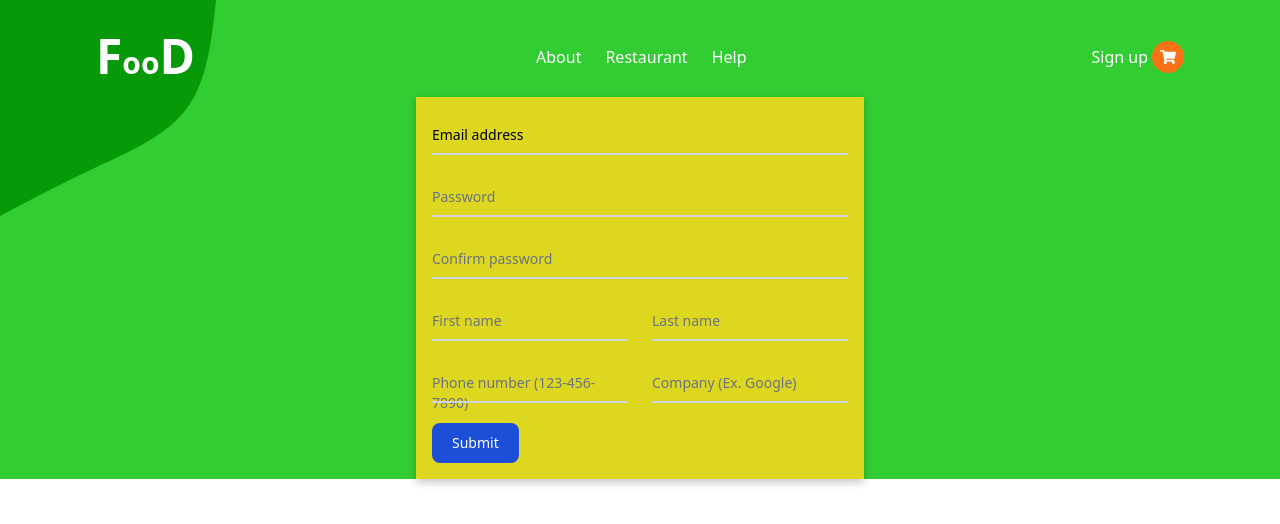
Repository: KhushiCode14/FoodWeb
Page: /signUp (app in frontend/)
The author's editor kept a copy of each file at every save. The page is drawn from the files as they stood at one save, then again after the next save.
The browser window is 1280 px wide. The pictures show the whole page.
The project was rebuilt for these pictures with package versions that can differ from the ones it lists, and the page was loaded fresh each time. Also part of the build but not shown: frontend/src/Pages/Home.tsx, frontend/src/components/Home/SignIn.tsx, frontend/src/components/Home/Cart.tsx.

Above is the page before, as saved 2024-09-20 20:06:40.

### frontend/src/index.css
@tailwind base;
@tailwind components;
@tailwind utilities;

.bgBack{
  background-image: url(../src/components/images/background.svg);
}
.bgSignUp{
  background-image:url(../src/components/images/signUpBg.jpeg);
}
.SignUpShadow{
  box-shadow: rgba(0, 0, 0, 0.24) 0px 3px 8px;
}

### frontend/src/App.tsx
import { Route, BrowserRouter as Router, Routes, } from 'react-router-dom';
import './App.css';
import Navbar from './Pages/Navbar';
import Home from './Pages/Home';
import SignUp from './components/Home/SignUp';
import SignIn from './components/Home/SignIn';
import Cart from './components/Home/Cart';

function App() {
  return (
    <div className="App bgBack m-0 px-20 pt-2 max-sm:px-3 max-sm:pt-1">
      <Router>
        <Navbar />
        <Routes>
          <Route path="/" element={<Home />} />
          <Route path="/signUp" element={<SignUp />} />
          {/* Sign Up: This action is for new users who want to create an account. */}
          <Route path="/signIn" element={<SignIn />} />
          {/* Sign In: This action is for users who already have an account */}
          <Route path="/cart" element={<Cart />} />
          {/* <Route  path="/about" element={About} />
        <Route  path="/contact" element={Contact} /> */}
        </Routes>
      </Router>

    </div>
  );
}

export default App;

### frontend/src/Pages/Navbar.tsx
import { NavLink, Link } from "react-router-dom";
import { FaShoppingCart, FaCartPlus } from "react-icons/fa";
import { useState } from "react";
import { IoReorderThreeOutline } from "react-icons/io5";

interface Nav {
  to: string;
  linkName: string;
}

const Navbar: React.FC = () => {
  const [sign, setSign] = useState<string>('Sign up');
  const [menu, setMenu] = useState<boolean>(false);
  const [cart, setCart] = useState<JSX.Element>(<FaShoppingCart />);

  const navLinks: Nav[] = [
    { to: "/about", linkName: "About" },
    { to: "/", linkName: "Restaurant" },
    { to: "/help", linkName: "Help" },
  ];

  const handleSignToggle = () => {
    setSign((prev) => (prev === 'Sign up' ? 'Sign in' : 'Sign up'));
  };

  const handleCartToggle = () => {
    setCart((prevCart) =>
      prevCart.type === FaShoppingCart ? <FaCartPlus /> : <FaShoppingCart />
    );
  };

  return (
    <div className="mt-2 flex justify-between items-center text-white  p-4">
      <div className="font-bold text-3xl">
        <Link to="/">
          <span className="text-5xl">F</span>oo<span className="text-5xl">D</span>
        </Link>
      </div>

      {/* Desktop Menu */}
      <div className="hidden md:flex">
        {navLinks.map((link, index) => (
          <Link key={index} to={link.to} className="mx-3 hover:text-gray-400">
            {link.linkName}
          </Link>
        ))}
      </div>

      {/* Mobile Menu Button */}
      <div className="flex items-center relative">
        <button className="hidden md:block">
          <NavLink to="/signUp" onClick={handleSignToggle} className="m-1">
            {sign}
          </NavLink>
        </button>

        <div onClick={handleCartToggle} className="bg-orange-500 p-2 rounded-full cursor-pointer">
         <Link to="/cart"> {cart}</Link>
        </div>

        <div className="md:hidden flex items-center ml-3">
          <IoReorderThreeOutline onClick={() => setMenu(!menu)} className="text-2xl cursor-pointer" />
        </div>
      </div>

      {/* Mobile Dropdown Menu */}
      {menu && (
        <div className="md:hidden mt-2 absolute right-0 w-40 bg-orange-500  p-2 rounded-lg z-10 top-20">
          <ul className="flex flex-col">
            {navLinks.map((link, index) => (
              <li key={index} className="my-1">
                <Link to={link.to} className="block px-4 py-2 text-white text-1xl  hover:bg-orange-800 rounded">
                  {link.linkName}
                </Link>
              </li>
            ))}
          </ul>
        </div>
      )}
    </div>
  );
};

export default Navbar;

### frontend/src/components/Home/SignUp.tsx
import React, { useState } from 'react';

const FormComponent: React.FC = () => {
  const [formData, setFormData] = useState({
    email: '',
    password: '',
    repeatPassword: '',
    firstName: '',
    lastName: '',
    phone: '',
    company: ''
  });

  const handleChange = (e: React.ChangeEvent<HTMLInputElement>) => {
    setFormData({ ...formData, [e.target.name]: e.target.value });
  };

  const handleSubmit = (e: React.FormEvent) => {
    e.preventDefault();
    console.log(formData);
    // Add form submission logic here
  };

  return (
    <form className="max-w-md mx-auto bg-[#ded720] p-4 SignUpShadow" onSubmit={handleSubmit} >
      <div className="relative z-0 w-full mb-5 group ">
        <input
          type="email"
          name="email"
          id="floating_email"
          className="block py-2.5 px-0 w-full text-sm text-black bg-transparent border-0 border-b-2 border-gray-300 appearance-none dark:text-white dark:border-gray-600 dark:focus:border-blue-500 focus:outline-none focus:ring-0 focus:border-blue-600 peer"
          placeholder=" "
          value={formData.email}
          onChange={handleChange}
          required
        />
        <label
          htmlFor="floating_email"
          className="peer-focus:font-medium absolute text-sm text-black  dark:text-gray-900 duration-300 transform -translate-y-6 scale-75 top-3 -z-10 origin-[0] peer-focus:start-0 rtl:peer-focus:translate-x-1/4 peer-focus:text-blue-600 peer-focus:dark:text-blue-500 peer-placeholder-shown:scale-100 peer-placeholder-shown:translate-y-0 peer-focus:scale-75 peer-focus:-translate-y-6"
        >
          Email address
        </label>
      </div>

      <div className="relative z-0 w-full mb-5 group">
        <input
          type="password"
          name="password"
          id="floating_password"
          className="block py-2.5 px-0 w-full text-sm text-gray-900 bg-transparent border-0 border-b-2 border-gray-300 appearance-none dark:text-gray-900  dark:border-gray-600 dark:focus:border-blue-500 focus:outline-none focus:ring-0 focus:border-blue-600 peer"
          placeholder=" "
          value={formData.password}
          onChange={handleChange}
          required
        />
        <label
          htmlFor="floating_password"
          className="peer-focus:font-medium absolute text-sm text-gray-500 dark:text-gray-900 duration-300 transform -translate-y-6 scale-75 top-3 -z-10 origin-[0] peer-focus:start-0 rtl:peer-focus:translate-x-1/4 peer-focus:text-blue-600 peer-focus:dark:text-blue-500 peer-placeholder-shown:scale-100 peer-placeholder-shown:translate-y-0 peer-focus:scale-75 peer-focus:-translate-y-6"
        >
          Password
        </label>
      </div>

      <div className="relative z-0 w-full mb-5 group">
        <input
          type="password"
          name="repeatPassword"
          id="floating_repeat_password"
          className="block py-2.5 px-0 w-full text-sm text-gray-900 bg-transparent border-0 border-b-2 border-gray-300 appearance-none dark:text-gray-900  dark:border-gray-600 dark:focus:border-blue-500 focus:outline-none focus:ring-0 focus:border-blue-600 peer"
          placeholder=" "
          value={formData.repeatPassword}
          onChange={handleChange}
          required
        />
        <label
          htmlFor="floating_repeat_password"
          className="peer-focus:font-medium absolute text-sm text-gray-500 dark:text-gray-900  duration-300 transform -translate-y-6 scale-75 top-3 -z-10 origin-[0] peer-focus:start-0 rtl:peer-focus:translate-x-1/4 peer-focus:text-blue-600 peer-focus:dark:text-blue-500 peer-placeholder-shown:scale-100 peer-placeholder-shown:translate-y-0 peer-focus:scale-75 peer-focus:-translate-y-6"
        >
          Confirm password
        </label>
      </div>

      <div className="grid md:grid-cols-2 md:gap-6">
        <div className="relative z-0 w-full mb-5 group">
          <input
            type="text"
            name="firstName"
            id="floating_first_name"
            className="block py-2.5 px-0 w-full text-sm text-gray-900 bg-transparent border-0 border-b-2 border-gray-300 appearance-none dark:text-gray-900  dark:border-gray-600 dark:focus:border-blue-500 focus:outline-none focus:ring-0 focus:border-blue-600 peer"
            placeholder=" "
            value={formData.firstName}
            onChange={handleChange}
            required
          />
          <label
            htmlFor="floating_first_name"
            className="peer-focus:font-medium absolute text-sm text-gray-500 dark:text-gray-900 duration-300 transform -translate-y-6 scale-75 top-3 -z-10 origin-[0] peer-focus:start-0 rtl:peer-focus:translate-x-1/4 peer-focus:text-blue-600 peer-focus:dark:text-blue-500 peer-placeholder-shown:scale-100 peer-placeholder-shown:translate-y-0 peer-focus:scale-75 peer-focus:-translate-y-6"
          >
            First name
          </label>
        </div>

        <div className="relative z-0 w-full mb-5 group">
          <input
            type="text"
            name="lastName"
            id="floating_last_name"
            className="block py-2.5 px-0 w-full text-sm text-gray-900 bg-transparent border-0 border-b-2 border-gray-300 appearance-none dark:text-gray-900  dark:border-gray-600 dark:focus:border-blue-500 focus:outline-none focus:ring-0 focus:border-blue-600 peer"
            placeholder=" "
            value={formData.lastName}
            onChange={handleChange}
            required
          />
          <label
            htmlFor="floating_last_name"
            className="peer-focus:font-medium absolute text-sm text-gray-500 dark:text-gray-900 duration-300 transform -translate-y-6 scale-75 top-3 -z-10 origin-[0] peer-focus:start-0 rtl:peer-focus:translate-x-1/4 peer-focus:text-blue-600 peer-focus:dark:text-blue-500 peer-placeholder-shown:scale-100 peer-placeholder-shown:translate-y-0 peer-focus:scale-75 peer-focus:-translate-y-6"
          >
            Last name
          </label>
        </div>
      </div>

      <div className="grid md:grid-cols-2 md:gap-6">
        <div className="relative z-0 w-full mb-5 group">
          <input
            type="tel"
            pattern="[0-9]{3}-[0-9]{3}-[0-9]{4}"
            name="phone"
            id="floating_phone"
            className="block py-2.5 px-0 w-full text-sm text-gray-900 bg-transparent border-0 border-b-2 border-gray-300 appearance-none dark:text-white dark:border-gray-600 dark:focus:border-blue-500 focus:outline-none focus:ring-0 focus:border-blue-600 peer"
            placeholder=" "
            value={formData.phone}
            onChange={handleChange}
            required
          />
          <label
            htmlFor="floating_phone"
            className="peer-focus:font-medium absolute text-sm text-gray-500 dark:text-gray-900  duration-300 transform -translate-y-6 scale-75 top-3 -z-10 origin-[0] peer-focus:start-0 rtl:peer-focus:translate-x-1/4 peer-focus:text-blue-600 peer-focus:dark:text-blue-500 peer-placeholder-shown:scale-100 peer-placeholder-shown:translate-y-0 peer-focus:scale-75 peer-focus:-translate-y-6"
          >
            Phone number (123-456-7890)
          </label>
        </div>

        <div className="relative z-0 w-full mb-5 group">
          <input
            type="text"
            name="company"
            id="floating_company"
            className="block py-2.5 px-0 w-full text-sm text-gray-900 bg-transparent border-0 border-b-2 border-gray-300 appearance-none dark:text-gray-900  dark:border-gray-600 dark:focus:border-blue-500 focus:outline-none focus:ring-0 focus:border-blue-600 peer"
            placeholder=" "
            value={formData.company}
            onChange={handleChange}
            required
          />
          <label
            htmlFor="floating_company"
            className="peer-focus:font-medium absolute text-sm text-gray-500 dark:text-gray-900 duration-300 transform -translate-y-6 scale-75 top-3 -z-10 origin-[0] peer-focus:start-0 rtl:peer-focus:translate-x-1/4 peer-focus:text-blue-600 peer-focus:dark:text-blue-500 peer-placeholder-shown:scale-100 peer-placeholder-shown:translate-y-0 peer-focus:scale-75 peer-focus:-translate-y-6"
          >
            Company (Ex. Google)
          </label>
        </div>
      </div>

      <button
        type="submit"
        className="text-white bg-blue-700 hover:bg-blue-800 focus:ring-4 focus:outline-none focus:ring-blue-300 font-medium rounded-lg text-sm w-full sm:w-auto px-5 py-2.5 text-center dark:bg-blue-600 dark:hover:bg-blue-700 dark:focus:ring-blue-800"
      >
        Submit
      </button>
    </form>
  );
};

export default FormComponent;

### frontend/tailwind.config.js
/** @type {import('tailwindcss').Config} */
module.exports = {
  content: [
    "./src/**/*.{js,jsx,ts,tsx}",
  ],
  theme: {
    extend: {
      fontFamily: {
        'cursive': ['Pacifico', 'cursive']
      }
    },
  },
  plugins: [],
}

Loaded but not shown: frontend/public/index.html (common file); frontend/src/index.tsx (common file); frontend/src/reportWebVitals.ts (common file); frontend/src/App.css (no stored copy; drawn as an empty file)

After the next save:
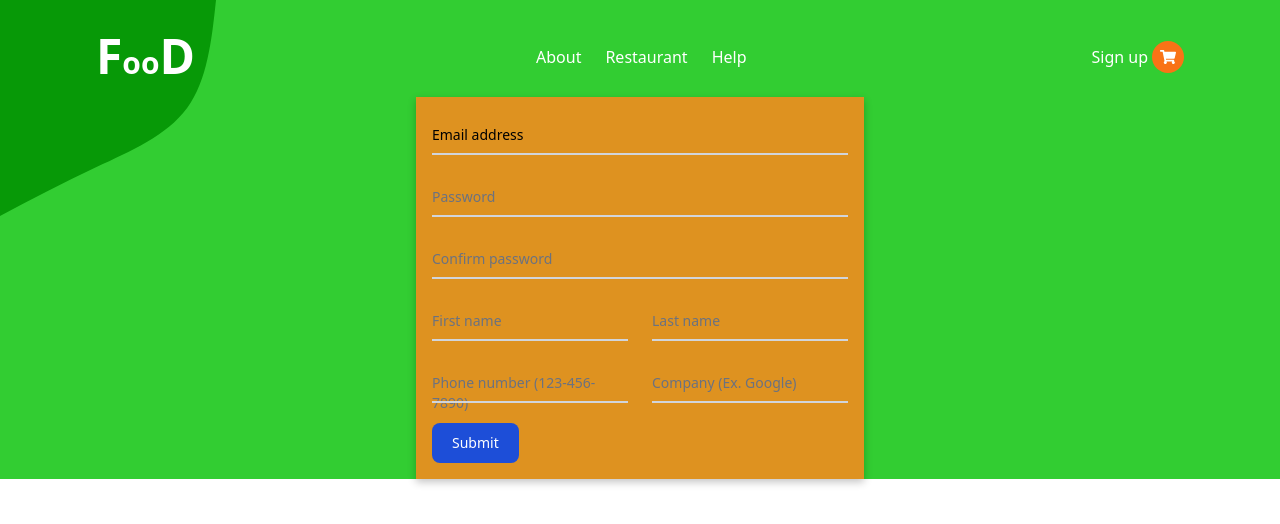
Saved 7 s later.
--- a/frontend/src/components/Home/SignUp.tsx
+++ b/frontend/src/components/Home/SignUp.tsx
@@ -22,7 +22,7 @@ const FormComponent: React.FC = () => {
   };
 
   return (
-    <form className="max-w-md mx-auto bg-[#ded720] p-4 SignUpShadow" onSubmit={handleSubmit} >
+    <form className="max-w-md mx-auto bg-[#de9220] p-4 SignUpShadow" onSubmit={handleSubmit} >
       <div className="relative z-0 w-full mb-5 group ">
         <input
           type="email"
